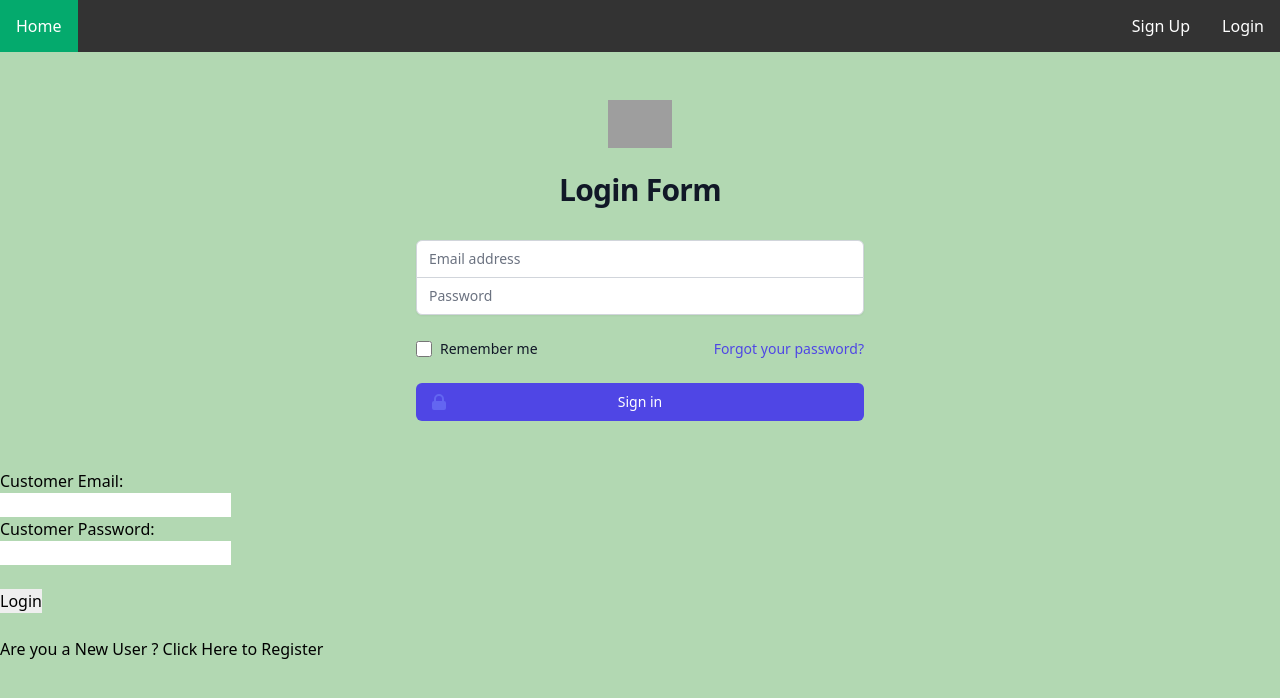
Repository: sach7691/original-book-store
Page: http://localhost/online-book-store-application/login.jsp
An editor plug-in stored every save of this project. The page is shown before and after the next save, followed by the edit.
The browser window is 1280 px wide. The pictures show the whole page.
Pictures or frames that could not be fetched are drawn as grey boxes. The page is served by Tomcat 9.

Above is the page before, as saved 2022-08-25 17:33:16.

After the next save:
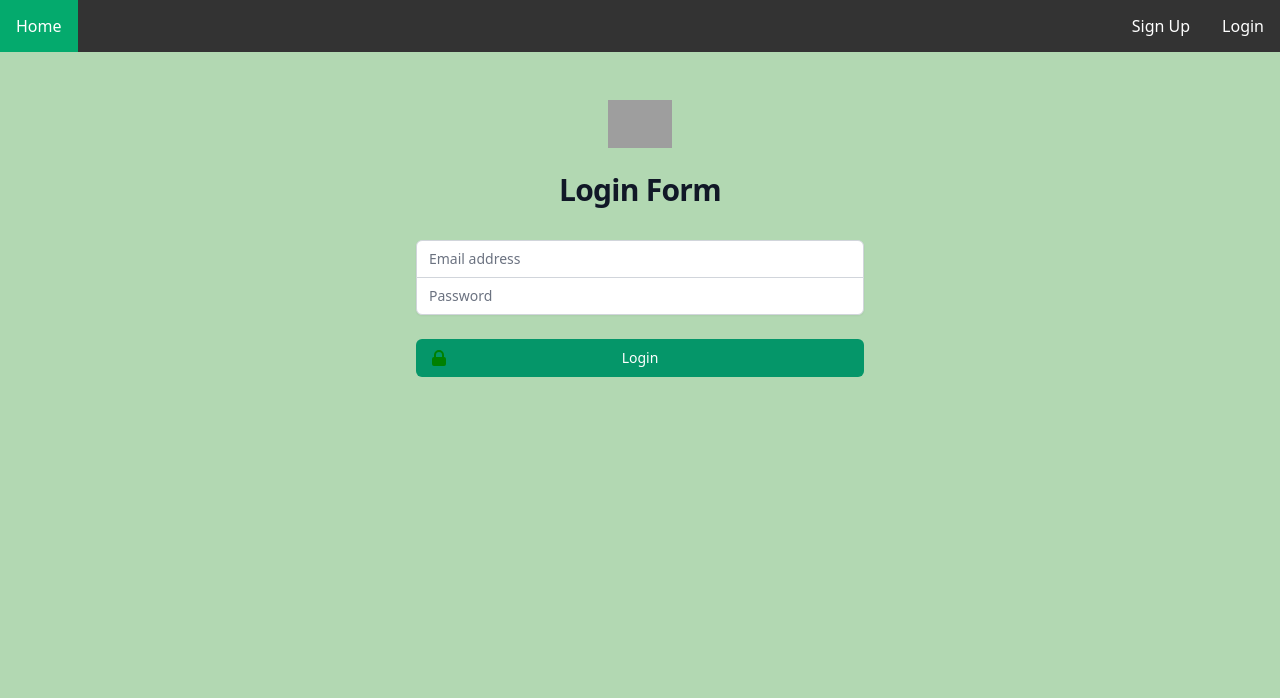
Saved 2 min 10 s later.
--- a/online-book-store-application/src/main/webapp/login.jsp
+++ b/online-book-store-application/src/main/webapp/login.jsp
@@ -90,43 +90,22 @@ ul.topnav li.right {float: right;}
           <input id="customerpassword" name="customerpassword" type="password" autocomplete="customerpassword" required class="appearance-none rounded-none relative block w-full px-3 py-2 border border-gray-300 placeholder-gray-500 text-gray-900 rounded-b-md focus:outline-none focus:ring-indigo-500 focus:border-indigo-500 focus:z-10 sm:text-sm" placeholder="Password">
         </div>
       </div>
-
-      <div class="flex items-center justify-between">
-        <div class="flex items-center">
-          <input id="remember-me" name="remember-me" type="checkbox" class="h-4 w-4 text-indigo-600 focus:ring-indigo-500 border-gray-300 rounded">
-          <label for="remember-me" class="ml-2 block text-sm text-gray-900"> Remember me </label>
-        </div>
-
-        <div class="text-sm">
-          <a href="#" class="font-medium text-indigo-600 hover:text-indigo-500"> Forgot your password? </a>
-        </div>
-      </div>
-
       <div>
-        <button type="submit" class="group relative w-full flex justify-center py-2 px-4 border border-transparent text-sm font-medium rounded-md text-white bg-indigo-600 hover:bg-indigo-700 focus:outline-none focus:ring-2 focus:ring-offset-2 focus:ring-indigo-500">
+        <button type="submit" class="group relative w-full flex justify-center py-2 px-4 border border-transparent text-sm font-medium rounded-md text-white bg-green-600 hover:bg-green-700 focus:outline-none focus:ring-2 focus:ring-offset-2 focus:ring-indigo-500">
           <span class="absolute left-0 inset-y-0 flex items-center pl-3">
             <!-- Heroicon name: solid/lock-closed -->
-            <svg class="h-5 w-5 text-indigo-500 group-hover:text-indigo-400" xmlns="http://www.w3.org/2000/svg" viewBox="0 0 20 20" fill="currentColor" aria-hidden="true">
+            <svg class="h-5 w-5 text-indigo-500 group-hover:text-indigo-400" xmlns="http://www.w3.org/2000/svg" viewBox="0 0 20 20" fill="green" aria-hidden="true">
               <path fill-rule="evenodd" d="M5 9V7a5 5 0 0110 0v2a2 2 0 012 2v5a2 2 0 01-2 2H5a2 2 0 01-2-2v-5a2 2 0 012-2zm8-2v2H7V7a3 3 0 016 0z" clip-rule="evenodd" />
             </svg>
           </span>
-          Sign in
+          Login
         </button>
       </div>
     </form>
   </div>
 </div>
 
-
-
-
-
-
-
-
-
-
-
+<!--
 	<form
 		action="http://localhost:8080/online-book-store-application/LoginCustomerServlet" method="POST">
 		<label for="customerEmail">Customer Email:</label><br> <input
@@ -138,6 +117,7 @@ ul.topnav li.right {float: right;}
 	</br>
 	<label>Are you a New User ? </label>
 	<a href="index.jsp">Click Here to Register</a>
+	-->
 
 </body>
 </html>
